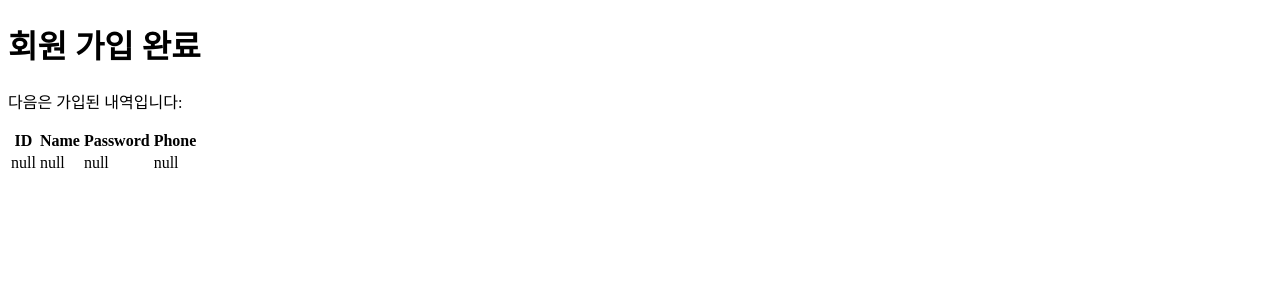
Repository: i-kemen/jsp
Page: http://localhost/WebTest/joinResult.jsp
These files come from the project's save history. The page is drawn as it stood at one moment and after the next save; the edit follows.
The browser window is 1280 px wide. The pictures show the whole page.
The page is served by Tomcat 10.

Above is the page before, as saved 2023-06-22 09:46:14.

After the next save:
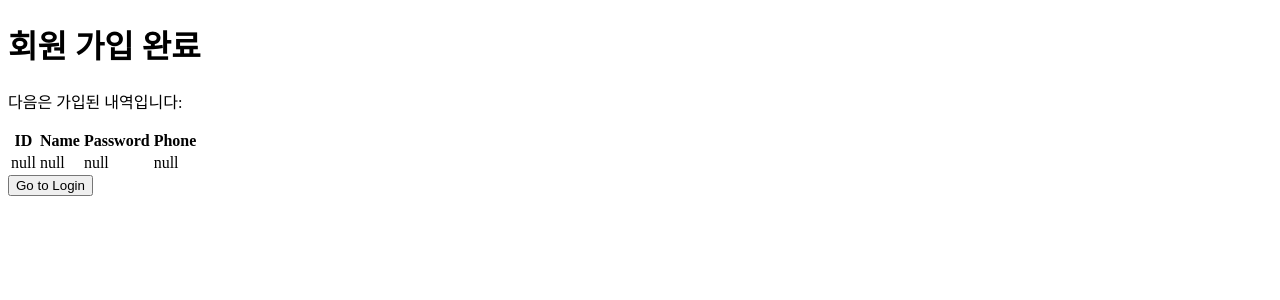
Saved 2 min 35 s later.
--- a/WebTest/src/main/webapp/joinResult.jsp
+++ b/WebTest/src/main/webapp/joinResult.jsp
@@ -22,5 +22,14 @@
             <td><%= request.getParameter("phone") %></td>
         </tr>
     </table>
+    <script>
+    function goToLoginPage() {
+        location.href = "login.html";
+    }
+</script>
+
+<button onclick="goToLoginPage()">Go to Login</button>
+
+
 </body>
 </html>
